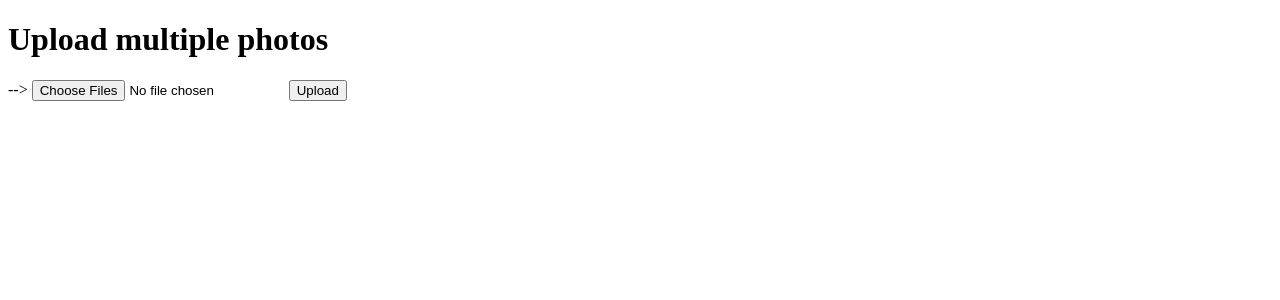
Repository: Mesablip/Mesablip.github.io
Page: http://localhost/
The author's editor kept a copy of each file at every save. The page is drawn from the files as they stood at one save, then again after the next save.
The browser window is 1280 px wide. The pictures show the whole page.
The page is served by the project's application, run on Flask 3 (backend.py).

Above is the page before, as saved 2023-09-04 23:00:39.

### templates/frontend.html
<!DOCTYPE html>
<html>
<head>
  <title>Photo Upload</title>
</head>
<body>

<h1>Upload multiple photos</h1>

<form enctype="multipart/form-data" action="" method="post" id="upload-form">
  <! <input type="text" id="user-id" placeholder="Enter your ID"> -->
  <input type="file" name="photos" multiple id="photos-input">
  <input type="button" value="Upload" onclick="uploadPhotos()">
</form>

<script>
  async function uploadPhotos() {
    const input = document.getElementById('photos-input');
    const files = input.files;
    const formData = new FormData();
    //const userID = document.getElementById('user-id').value;

    for (let i = 0; i < files.length; i++) {
      formData.append('photos', files[i]);
    }

    //formData.append('user_id', userId);

    const response = await fetch('http://localhost:5000/upload', {
      method: 'POST',
      body: formData
    });

    const data = await response.json();
    console.log(data);
  }
</script>

</body>
</html>

### backend.py
from flask import Flask, render_template, request, jsonify
from PIL import Image, ImageOps
import io
import json
import requests

app = Flask(__name__)

@app.route('/')
def index():
    return render_template('frontend.html')

@app.route('/upload', methods=['POST'])
def upload_file():
    #user_id = request.form.get('user_id')
    uploaded_files = request.files.getlist('photos')

    for file in uploaded_files:
        # Convert the uploaded file to a PIL Image object
        image = Image.open(io.BytesIO(file.read()))

        # Perform the image transformations here
        fixed_image = ImageOps.exif_transpose(image)

        byte_arr = io.BytesIO()

        fixed_image.save(byte_arr, format='JPEG')
        byte_arr.seek(0)

        files = {"backgroundPicture": ("279EF96B-957C-4E96-BF86-273586D3B112.JPG", byte_arr, "image/jpeg")}
        json.loads(requests.get('https://scorestream.com/api?request=%7B%22method%22:%22games.posts.add%22,%22params%22:%7B%22accessToken%22:%22c929b8f0-6ee9-4bad-ab7c-e63591eab062%22,%22gameId%22:4689103,%22userText%22:%22Hey%22%7D%7D', files=files).text)
    return jsonify({"message": "Files processed successfully"}), 200

if __name__ == '__main__':
    app.run(debug=True)

After the next save:
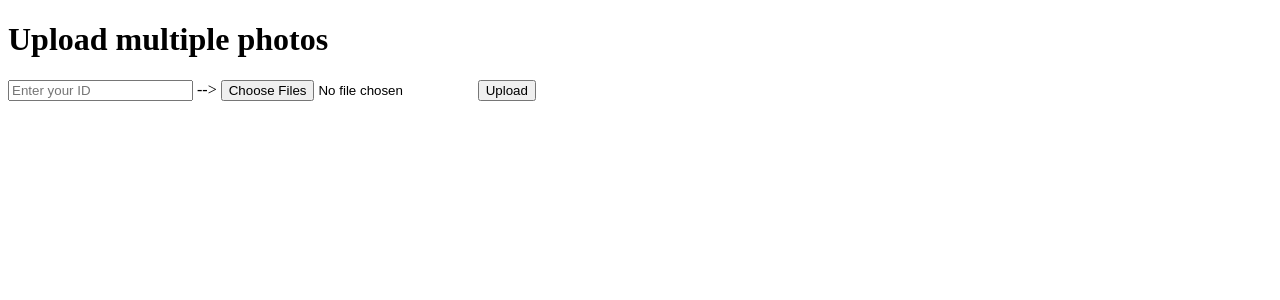
Saved 5 s later.
--- a/templates/frontend.html
+++ b/templates/frontend.html
@@ -8,7 +8,7 @@
 <h1>Upload multiple photos</h1>
 
 <form enctype="multipart/form-data" action="" method="post" id="upload-form">
-  <! <input type="text" id="user-id" placeholder="Enter your ID"> -->
+  <!----> <input type="text" id="user-id" placeholder="Enter your ID"> -->
   <input type="file" name="photos" multiple id="photos-input">
   <input type="button" value="Upload" onclick="uploadPhotos()">
 </form>
